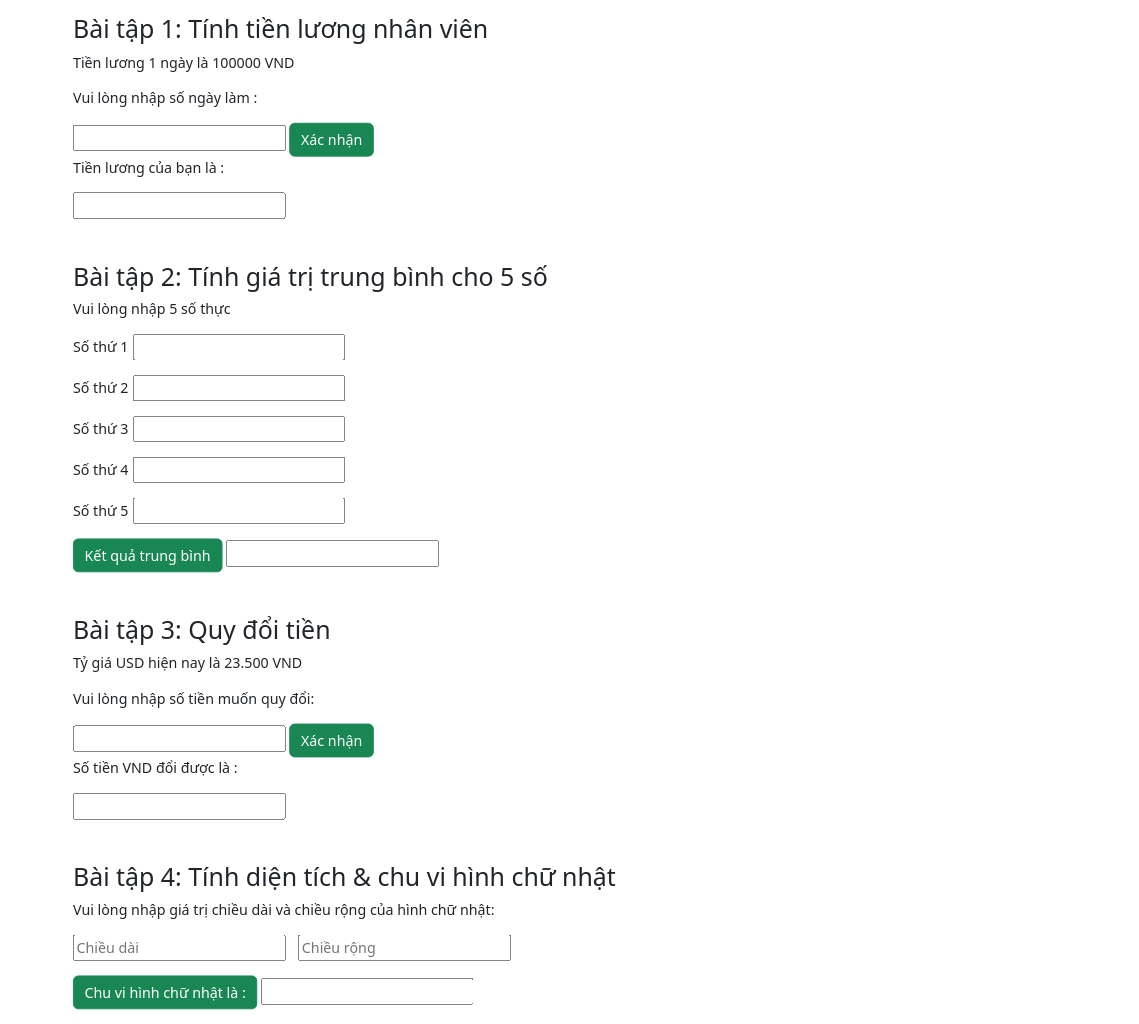
Repository: hcozyph/TranHuuPhuoc_BC43_BT_JS_Buoi2
Page: index.html
An editor plug-in stored every save of this project. The page is shown before and after the next save, followed by the edit.
The browser window is 1280 px wide. The pictures show the whole page, at 89% of full size.

Above is the page before, as saved 2023-01-21 22:54:21.

After the next save:
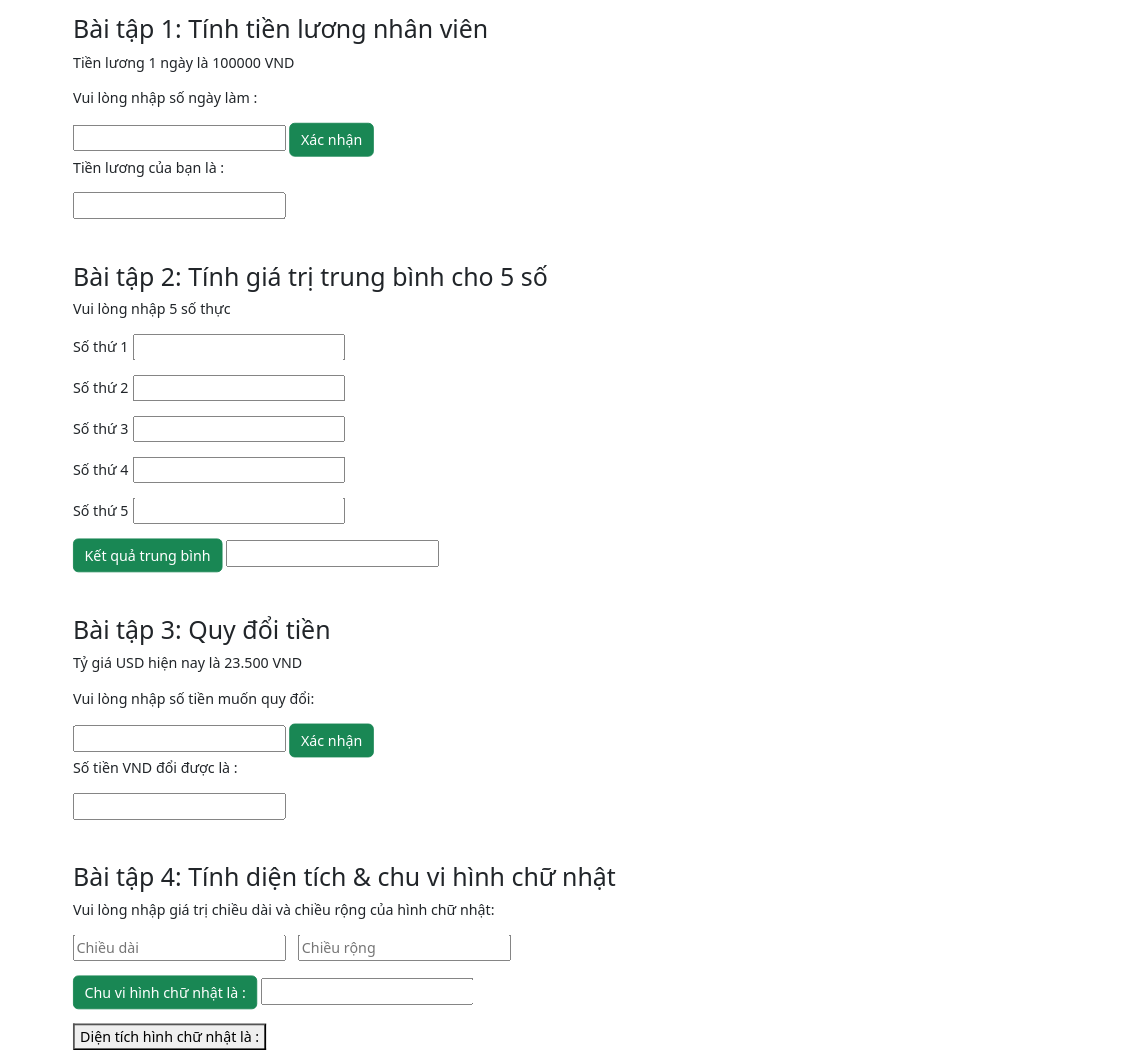
Saved 25 s later.
--- a/index.html
+++ b/index.html
@@ -116,7 +116,9 @@
                     <input type="number" id="chuVi" />
                 </div>
 
-                <div class="dienTich mt-3"></div>
+                <div class="dienTich mt-3">
+                    <button>Diện tích hình chữ nhật là :</button>
+                </div>
             </div>
         </div>
 
